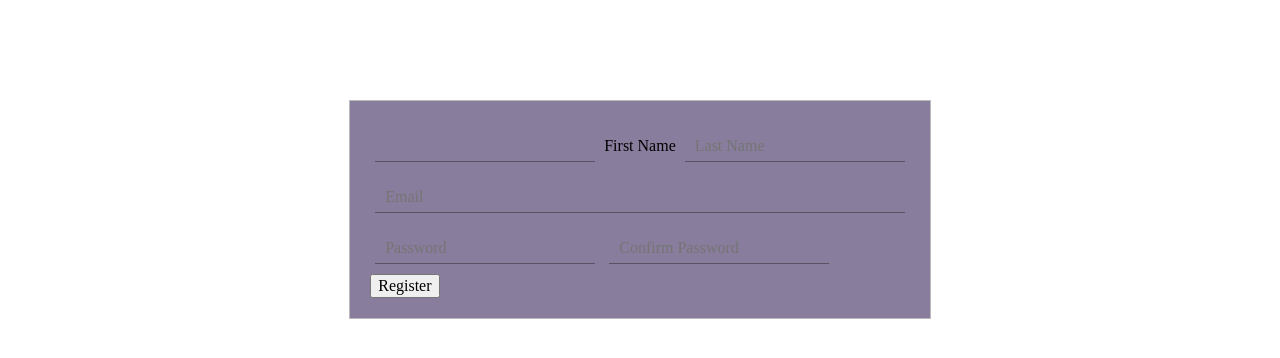
Repository: AMAmine89/vanilla-projects
Page: formo/index.html
These files come from the project's save history. The page is drawn as it stood at one moment and after the next save; the edit follows.
The browser window is 1280 px wide. The pictures show the whole page.

Above is the page before, as saved 2021-05-05 06:44:11.

### formo/index.html
<!DOCTYPE html>
<html lang="en">
<head>
    <meta charset="UTF-8">
    <meta http-equiv="X-UA-Compatible" content="IE=edge">
    <meta name="viewport" content="width=device-width, initial-scale=1.0">
    <link rel="stylesheet" href="css/normalize.css">
    <link rel="stylesheet" href="style.css">
    <title>Formo</title>
</head>
<body>
    <section>
        <form>
            <div class="double-block">
                <input type="text" name="first-name" id="first-name">
                <label for="first-name"></label>
                <input type="text" name="last-name" placeholder="Last Name">
            </div>
            <div>
                <input type="email" name="email" placeholder="Email">
            </div>
            <div class="double-block">
                <input type="password" name="password" placeholder="Password">
                <input type="password" name="confirm-password" placeholder="Confirm Password">
            </div>
            <div>
                <input type="submit" value="Register">
            </div>
        </form>
    </section>
</body>
</html>

### formo/style.css
section {
    display: flex;
    justify-content: center;
    margin-top: 100px;
}

form {
    background: rgba(42, 22, 78, 0.555);
    padding: 20px;
    border: 1px solid rgb(187, 187, 187);
    border-radius: 0%;
    -webkit-border-radius: 0%;
    -moz-border-radius: 0%;
    -ms-border-radius: 0%;
    -o-border-radius: 0%;
}


input:not(input[type="submit"]) {
    padding: 5px 10px;
    height: 20px;
    background: transparent;
    border-top: none;
    border-right: none;
    border-left: none;
    border-bottom: solid 1px rgba(49, 49, 49, 0.527);
    margin: 10px 5px;
    outline: none;
}

input[type="email"] {
    width: -webkit-fill-available;
}

input:not(input[type="submit"])::after {
    content: '';
    width: 0;
    display: block;
    height: 1px;
    color: rgb(49, 49, 49);
    border-bottom: solid 1px;
    transition: width .3s ease-in-out;
    -webkit-transition: width .3s ease-in-out;
    -moz-transition: width .3s ease-in-out;
    -ms-transition: width .3s ease-in-out;
    -o-transition: width .3s ease-in-out;
}

input:not(input[type="submit"]):focus::after {
    width: 100%;
}


input[name="first-name"] + label::before {
    content: 'First Name';
    cursor: text;
    /*width: 100%;
    height: 100%;
    display: inline-block;
    position: relative;
    bottom: auto;
    left: -180px;*/
}

input[name="first-name"]:focus::before {
    bottom: 20px;
}

/*label {
    cursor: text;
    display: inline-block;
    position: relative;
    bottom: auto;
    left: -180px;
    transition: bottom .7s ease-in-out;
    -webkit-transition: bottom .7s ease-in-out;
    -moz-transition: bottom .7s ease-in-out;
    -ms-transition: bottom .7s ease-in-out;
    -o-transition: bottom .7s ease-in-out;
}*/

Loaded but not shown: formo/normalize.css (library)

After the next save:
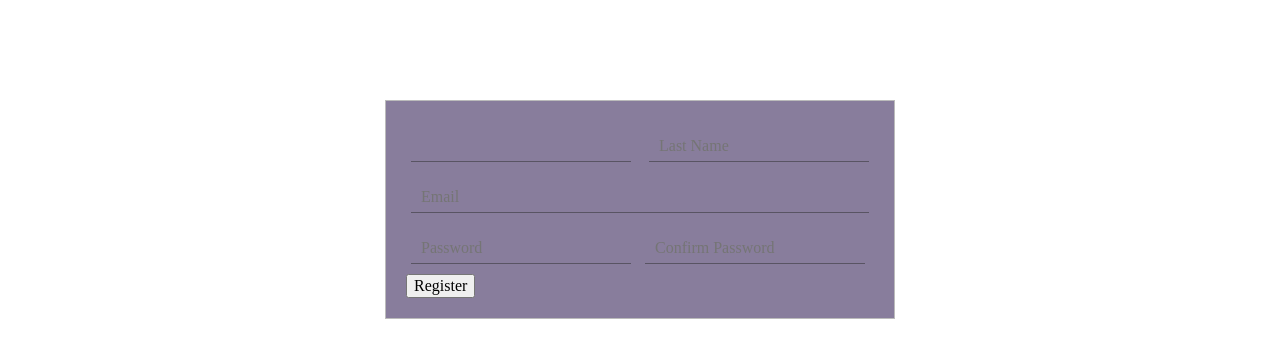
Saved 19 s later.
--- a/formo/style.css
+++ b/formo/style.css
@@ -51,22 +51,22 @@ input:not(input[type="submit"]):focus::after {
 }
 
 
-input[name="first-name"] + label::before {
+input[name="first-name"]::before {
     content: 'First Name';
     cursor: text;
-    /*width: 100%;
+    width: 100%;
     height: 100%;
     display: inline-block;
     position: relative;
     bottom: auto;
-    left: -180px;*/
+    left: -180px;
 }
 
 input[name="first-name"]:focus::before {
     bottom: 20px;
 }
 
-/*label {
+label {
     cursor: text;
     display: inline-block;
     position: relative;
@@ -77,4 +77,4 @@ input[name="first-name"]:focus::before {
     -moz-transition: bottom .7s ease-in-out;
     -ms-transition: bottom .7s ease-in-out;
     -o-transition: bottom .7s ease-in-out;
-}*/
+}
